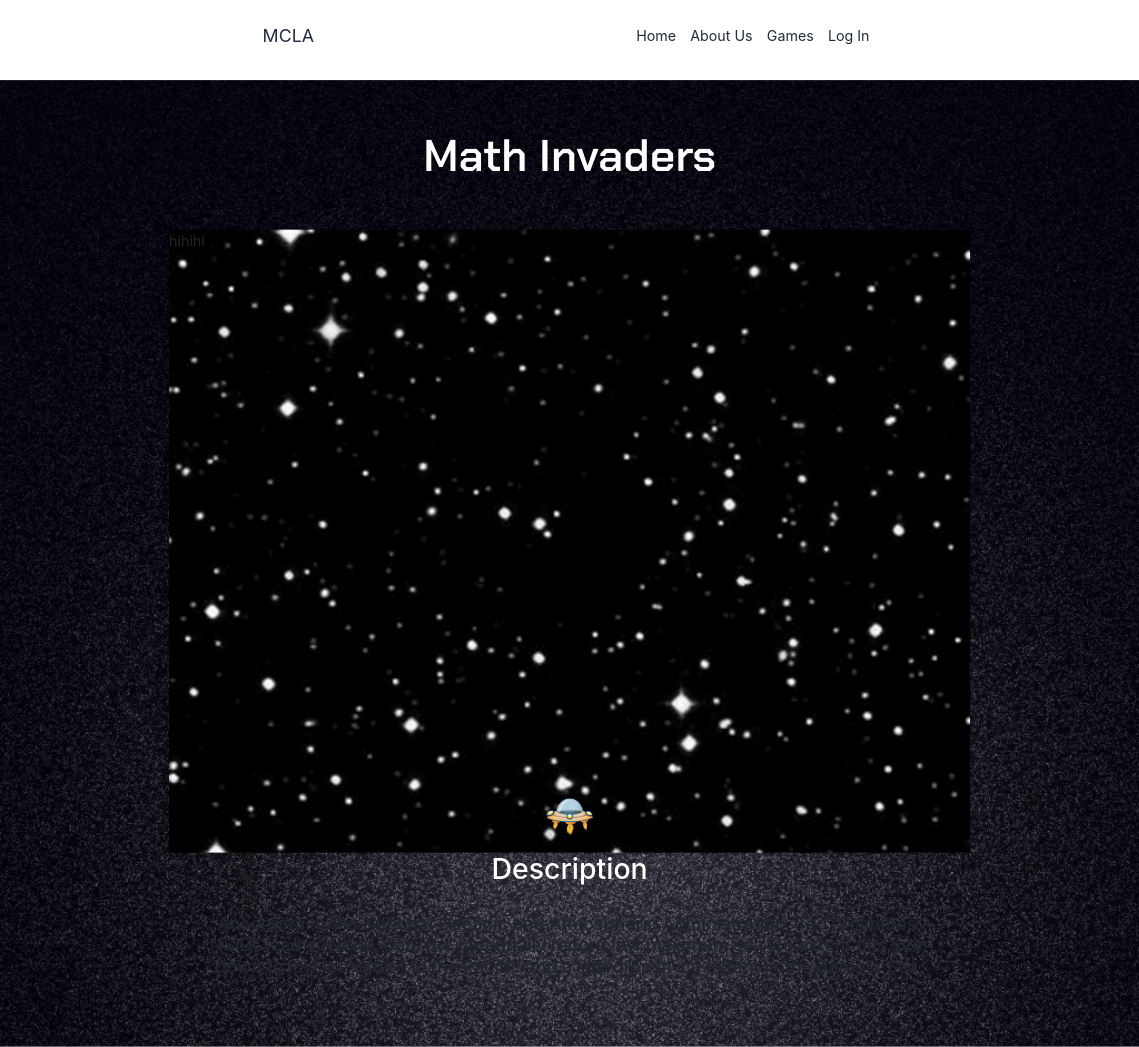
Repository: kkyler24/MathInvader
Page: index.html
These files come from the project's save history. The page is drawn as it stood at one moment and after the next save; the edit follows.
The browser window is 1280 px wide. The pictures show the whole page, at 89% of full size.
Some web libraries are served in a nearby version.

Above is the page before, as saved 2020-07-20 00:36:30.
Console error: ReferenceError: $container is not defined

After the next save:
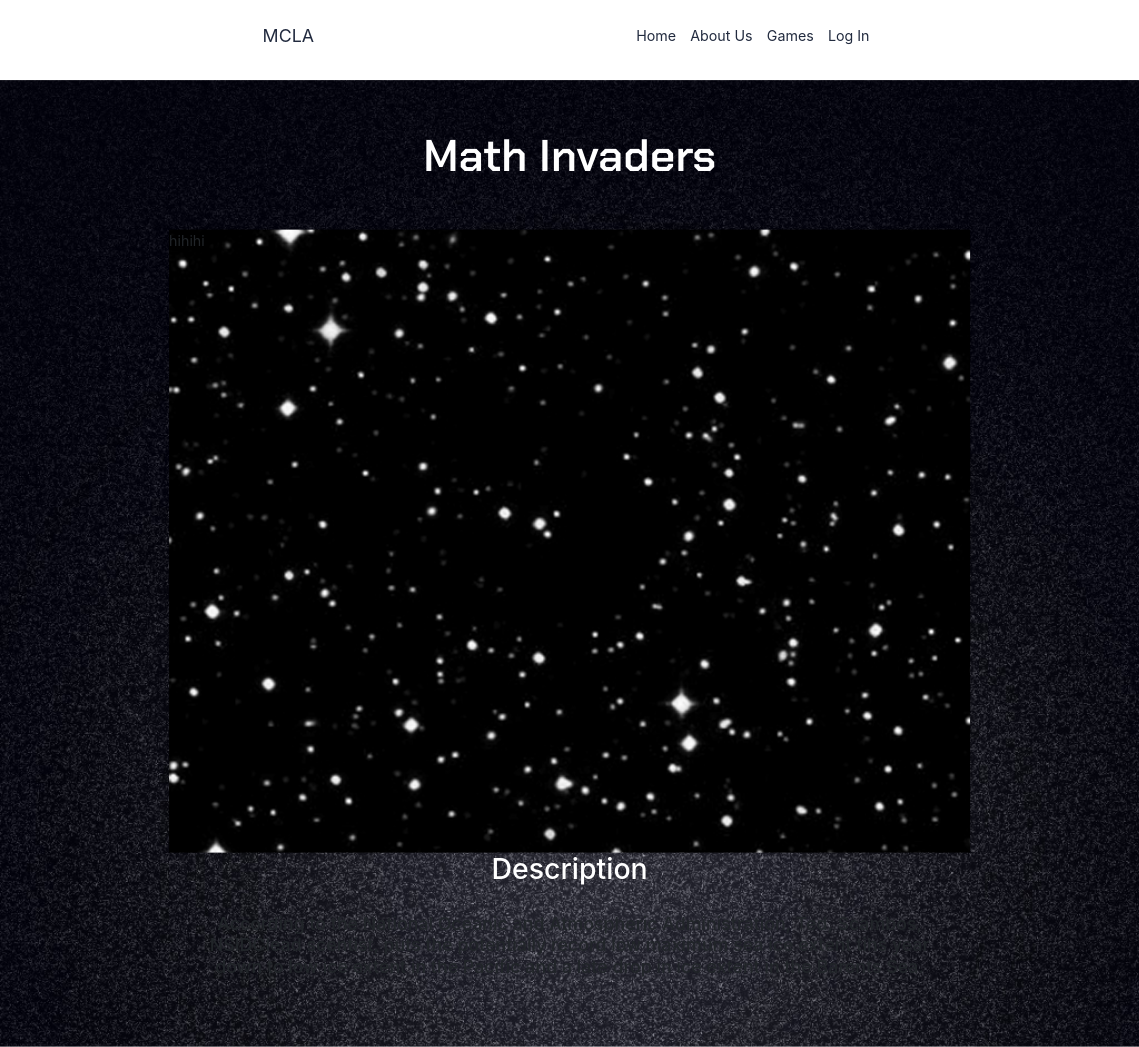
Console error: TypeError: Cannot read properties of null (reading 'appendChild')
Saved 16 min 39 s later.
--- a/jsFolder/game.js
+++ b/jsFolder/game.js
@@ -12,6 +12,11 @@
 const LASER_MAX_SPEED = 300.0;
 const LASER_COOLDOWN = 0.5;
 
+const ENEMIES_PER_ROW = 10;
+const ENEMY_HORIZONTAL_PADDING = 80;
+const ENEMY_VERTICAL_PADDING = 70;
+const ENEMY_VERTICAL_SPACING = 80;
+const ENEMY_COOLDOWN = 5.0;
 // contains entire state of game which included position of player, lasers and enemies on screen.
 const GAME_STATE = {
   lastTime: Date.now(),
@@ -24,7 +29,19 @@
   playerY: 0,
   playerCooldown: 0,
   lasers: [],
+  enemies: [],
+  // enemyLasers: [],
+  gameOver: false,
 };
+
+// function rectsIntersect(r1, r2) {
+//   return !(
+//     r2.left > r1.right ||
+//     r2.right < r1.left ||
+//     r2.top > r1.bottom ||
+//     r2.bottom < r1.top
+//   );
+// }
 
 // positioning for our enemies
 function setPosition($el, x, y) {
@@ -45,6 +62,12 @@
   }
 }
 
+// function rand(min, max) {
+//   if (min === undefined) min = 0;
+//   if (max === undefined) max = 1;
+//   return min + Math.random() * (max - min);
+// }
+
 function createPlayer($container) {
   // position of player in middle of screen you can reference the global var of gamewidth like you did below, for future refrence. this will keep the palyer on the game board.
   GAME_STATE.playerX = GAME_WIDTH / 2;
@@ -57,7 +80,15 @@
   setPosition($player, GAME_STATE.playerX, GAME_STATE.playerY);
 }
 
-function updatePlayer(dt) {
+// you lose, when player is hit but laser.
+function destroyPlayer($container, player) {
+  $container.removeChild(player);
+  GAME_STATE.gameOver = true;
+  const audio = new Audio("sound/sfx-lose.ogg");
+  audio.play();
+}
+
+function updatePlayer(dt, $container) {
   if (GAME_STATE.leftPressed) {
     GAME_STATE.playerX -= dt * PLAYER_MAX_SPEED;
   }
@@ -79,18 +110,19 @@
     GAME_STATE.playerCooldown -= dt;
   }
 
-  const $player = document.querySelector(".player");
-  setPosition($player, GAME_STATE.playerX, GAME_STATE.playerY);
+  const player = document.querySelector(".player");
+  setPosition(player, GAME_STATE.playerX, GAME_STATE.playerY);
 }
 
+// laser container
 function createLaser($container, x, y) {
   const $element = document.createElement("img");
-  $element.src = "/jsFolder/pictures/img/laser-blue-1.png";
+  $element.src = "img/laser-blue-1.png";
   $element.className = "laser";
   $container.appendChild($element);
   const laser = { x, y, $element };
   GAME_STATE.lasers.push(laser);
-  const audio = new Audio("./pictures/sound/sfx-laser1.ogg");
+  const audio = new Audio("sound/sfx-laser1.ogg");
   audio.play();
   setPosition($element, x, y);
 }
@@ -100,22 +132,40 @@
   for (let i = 0; i < lasers.length; i++) {
     const laser = lasers[i];
     laser.y -= dt * LASER_MAX_SPEED;
+    if (laser.y < 0) {
+      destroyLaser($container, laser);
+    }
     setPosition(laser.$element, laser.x, laser.y);
+    const r1 = laser.$element.getBoundingClientRect();
+    const enemies = GAME_STATE.enemies;
+    for (let j = 0; j < enemies.length; j++) {
+      const enemy = enemies[j];
+      if (enemy.isDead) continue;
+      const r2 = enemy.$element.getBoundingClientRect();
+      if (rectsIntersect(r1, r2)) {
+        // Enemy was hit
+        destroyEnemy($container, enemy);
+        destroyLaser($container, laser);
+        break;
+      }
+    }
   }
+  GAME_STATE.lasers = GAME_STATE.lasers.filter((e) => !e.isDead);
 }
-// initializes players and function of the game
+
 function init() {
-  const $container = document.querySelector(".Game");
+  const $container = document.querySelector(".game");
   createPlayer($container);
 }
 
-// game loop runs every frame all the time and makes sure everything runs smoothly makes sure that all elements that have to move actually move it.
 function update(e) {
   const currentTime = Date.now();
   const dt = (currentTime - GAME_STATE.lastTime) / 1000.0;
 
-  updatePlayer(dt);
+  const $container = document.querySelector(".game");
+  updatePlayer(dt, $container);
   updateLasers(dt, $container);
+
   GAME_STATE.lastTime = currentTime;
   window.requestAnimationFrame(update);
 }
@@ -140,10 +190,6 @@
   }
 }
 
-// function onKeyDown(e) {
-//   console.log(e);
-// }
-
 init();
 window.addEventListener("keydown", onKeyDown);
 window.addEventListener("keyup", onKeyUp);

After the 2 saves that followed:
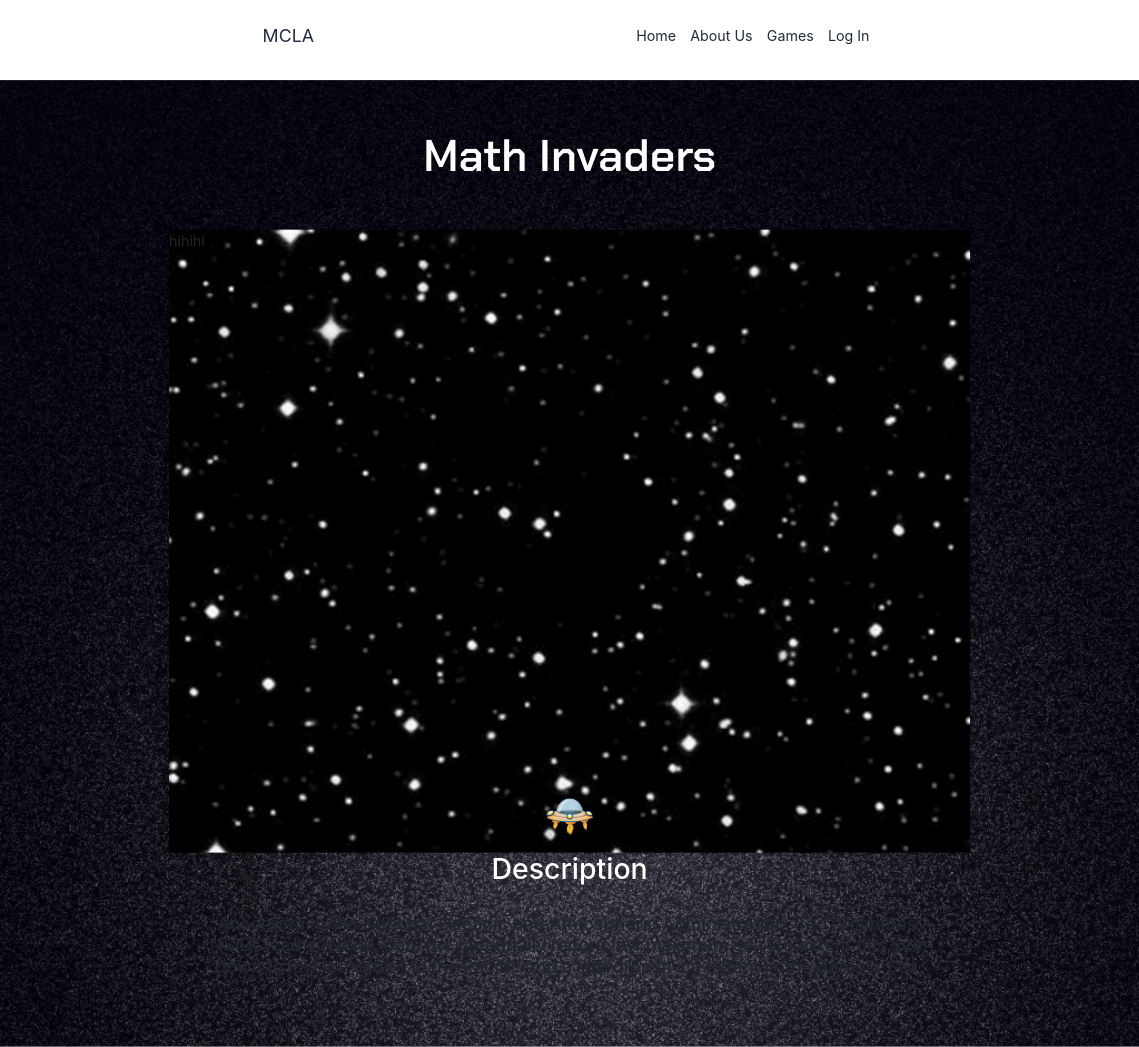
The error is gone.
The 2 saves are shown as one change because 1 left the picture as it was.
The last was saved 5 min 4 s later.
--- a/jsFolder/game.js
+++ b/jsFolder/game.js
@@ -81,12 +81,12 @@
 }
 
 // you lose, when player is hit but laser.
-function destroyPlayer($container, player) {
-  $container.removeChild(player);
-  GAME_STATE.gameOver = true;
-  const audio = new Audio("sound/sfx-lose.ogg");
-  audio.play();
-}
+// function destroyPlayer($container, player) {
+//   $container.removeChild(player);
+//   GAME_STATE.gameOver = true;
+//   const audio = new Audio("sound/sfx-lose.ogg");
+//   audio.play();
+// }
 
 function updatePlayer(dt, $container) {
   if (GAME_STATE.leftPressed) {
@@ -117,12 +117,12 @@
 // laser container
 function createLaser($container, x, y) {
   const $element = document.createElement("img");
-  $element.src = "img/laser-blue-1.png";
+  $element.src = "./pictures/img/laser-blue-1.png";
   $element.className = "laser";
   $container.appendChild($element);
   const laser = { x, y, $element };
   GAME_STATE.lasers.push(laser);
-  const audio = new Audio("sound/sfx-laser1.ogg");
+  const audio = new Audio("./pictures/sound/sfx-laser1.ogg");
   audio.play();
   setPosition($element, x, y);
 }
@@ -154,7 +154,7 @@
 }
 
 function init() {
-  const $container = document.querySelector(".game");
+  const $container = document.querySelector(".Game");
   createPlayer($container);
 }
 
@@ -162,7 +162,7 @@
   const currentTime = Date.now();
   const dt = (currentTime - GAME_STATE.lastTime) / 1000.0;
 
-  const $container = document.querySelector(".game");
+  const $container = document.querySelector(".Game");
   updatePlayer(dt, $container);
   updateLasers(dt, $container);
 
